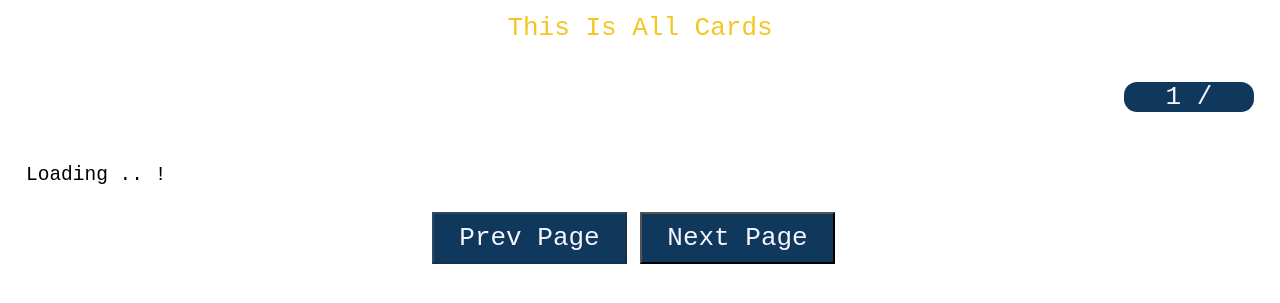
Repository: rehamtaher10/reactQueryTask
Page: /
The author's editor kept a copy of each file at every save. The page is drawn from the files as they stood at one save, then again after the next save.
The browser window is 1280 px wide. The pictures show the whole page.
The page's requests for data from a server got no answer. The project was rebuilt for these pictures with package versions that can differ from the ones it lists, and the page was loaded fresh each time. No one was signed in, and anything a server would have sent is missing. Also part of the build but not shown: vite.config.js.

Above is the page before, as saved 2024-12-07 20:29:14.

### src/main.jsx
import { StrictMode } from "react";
import { createRoot } from "react-dom/client";
import "./style/app.css";
import App from "./App.jsx";
import {
  QueryClient,
  QueryClientProvider,
  useQuery,
} from "@tanstack/react-query";

const queryClient = new QueryClient();

createRoot(document.getElementById("root")).render(
  <StrictMode>
    <QueryClientProvider client={queryClient}>
      <App />
    </QueryClientProvider>
  </StrictMode>
);

### src/style/app.css
*{
    padding: 0;
    margin: 0;
    box-sizing: border-box;
    font-family: monospace;
    font-weight: 400;
}
.productContainer{
    padding: 2em;
    display: flex;
    flex-wrap: wrap;
    gap: 2em;
}
.post{
    width: calc((100% - 4em) / 3);
    background: #f2f2f2;
    border: 1px solid rgba(0, 0, 0, .2);
}
.post img{
    width: 100%;
    height: 350px;
    object-fit: cover;
    display: block;
    margin-left: auto;
    margin-right: auto;
}
.post h2{
    padding-inline: 1em;
    padding-block: 1.5em;
    font-size: 1.3rem;
    color:#10375C;
}
.post p{
    width: fit-content;
    padding-inline: 1em;
    margin-block: .5rem;
    background-color: #EB8317;
    color: #F4F6FF;
    font-size: 1.3rem;
    font-weight: bold;
}
h1{
    color: #F3C623;
    text-align: center;
    padding-block: 1rem;
    font-family: monospace;
    font-size: 2rem;
}
.pagination{
    padding: 2em;
    direction: rtl;
}
.pagination p{
    background-color:#10375C ;
    color: #F4F6FF;
    font-size: 2rem;
    width: 10rem;
    text-align: center;
    border-radius: 1rem;
    direction: ltr;
}
.buttons{
    display: flex;
    align-items: center;
    justify-content: center;
    margin-bottom: 4rem;

}
.buttons button{
    background-color:#10375C ;
    color: #F4F6FF;
    direction: ltr;
    margin-right: 1rem;
    width: 15rem;
    height: 4rem;
    font-size: 2rem;
}

### src/App.jsx
import { useQuery } from "@tanstack/react-query";
import React, { useState } from "react";
function App() {
  const [page, setPage] = useState(0);
  const limit = 9;

  const productsFetch = async (page = 0) => {
    const res = await fetch(
      `https://dummyjson.com/products?limit=${limit}&skip=${page * limit}`
    );
    const productRes = await res.json();
    return productRes;
  };

  const { data, isLoading } = useQuery({
    queryKey: ["products", page],
    queryFn: () => productsFetch(page),
  });

  return (
    <>
      <h1>This Is All Cards</h1>

      <div className="pagination">
        <p>{page + 1} / {data?.total && Math.ceil(data?.total / limit)}</p>
      </div>
      <div className="productContainer">
        {isLoading ? (
          <h2>Loading .. !</h2>
        ) : (
          data?.products.map((ele) => (
            <div class="post" key={ele.id}>
              <div>
                <img src={ele.images?.[0]} />
              </div>
              <h2>${ele.title} </h2>
              <p>${ele.price} $</p>
            </div>
          ))
        )}
      </div>
      <div className="buttons">
        <button disabled={page == 0} >Prev Page</button>
        <button disabled={data?.products?.length < limit}>Next Page</button>

      </div>
    </>
  );
}

export default App;

Loaded but not shown: index.html (common file)

After the next save:
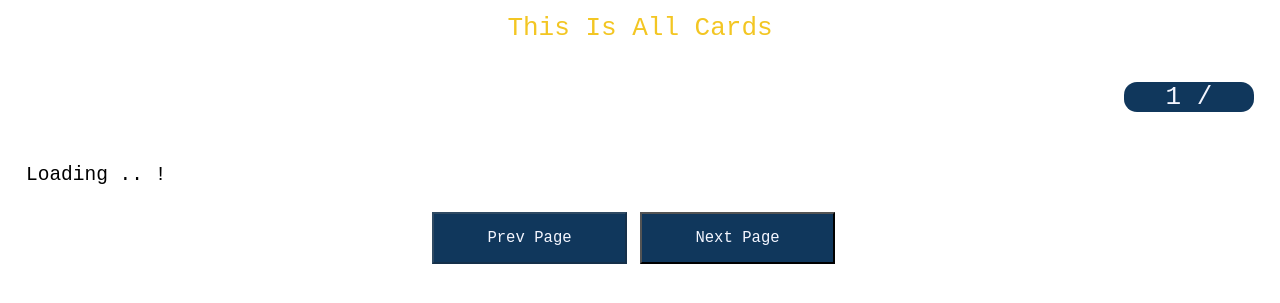
Saved 7 s later.
--- a/src/style/app.css
+++ b/src/style/app.css
@@ -73,5 +73,5 @@ h1{
     margin-right: 1rem;
     width: 15rem;
     height: 4rem;
-    font-size: 2rem;
+    font-size: 1.2rem;
 }
